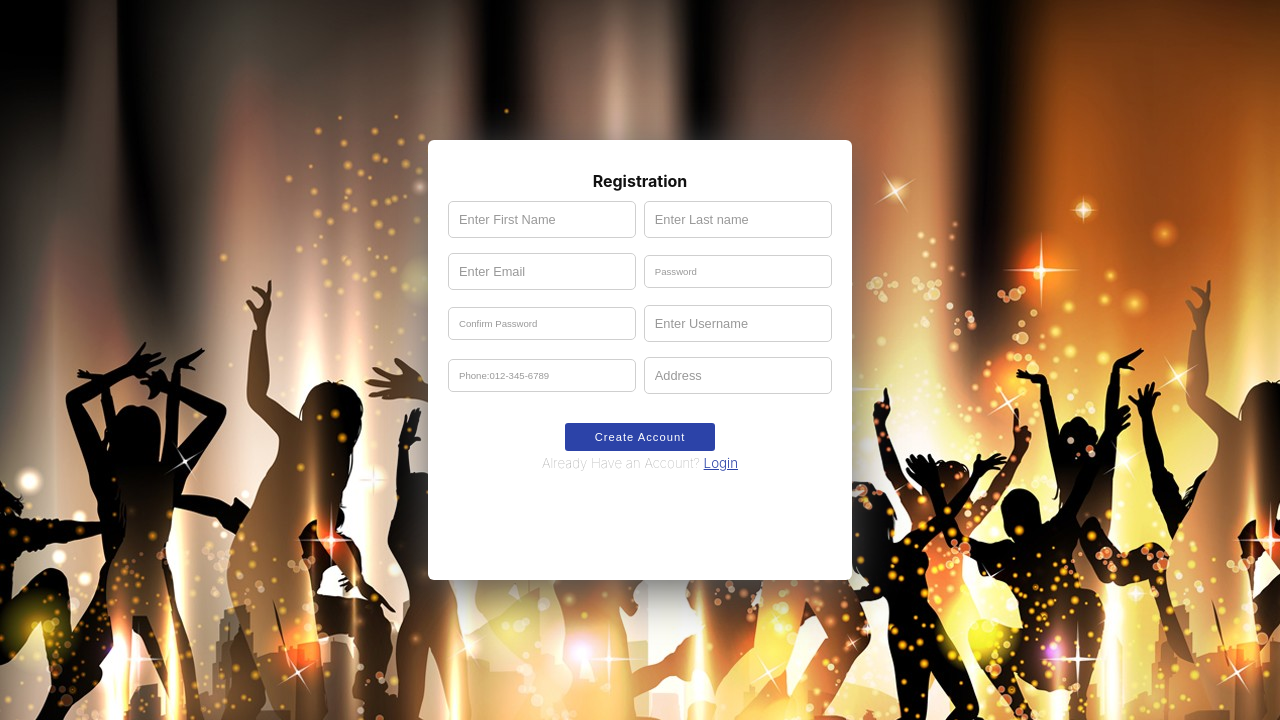
Repository: Fortune-Labs/Event-management-system-CapstoneG3
Page: /register (app in frontend/)
The author's editor kept a copy of each file at every save. The page is drawn from the files as they stood at one save, then again after the next save.
The browser window is 1280 px wide. The pictures show the whole page.
The project was rebuilt for these pictures with package versions that can differ from the ones it lists, and the page was loaded fresh each time. Also part of the build but not shown: frontend/src/components/LoginSignup/errorMessages.js, frontend/src/components/LoginSignup/login.jsx, frontend/src/components/LoginSignup/verificationCode.jsx, frontend/src/components/LoginSignup/passwordReset.jsx, frontend/src/components/Home/home.jsx, frontend/src/components/Events/initial.jsx.

Above is the page before, as saved 2020-09-20 10:15:44.

### frontend/src/App.js
import React from "react";
import "./App.css";
import Register from "./components/LoginSignup/register";
import Login from "./components/LoginSignup/login";
import PasswordReset from "./components/LoginSignup/passwordReset";
import { BrowserRouter, Switch, Route } from "react-router-dom";
import Home from "./components/Home/home";
import Initial from "./components/Events/initial";
// import user from "./components/Dashboard/user";

function App() {
  return (
    <div className="App">
      <BrowserRouter>
        <Switch>
          <Route exact path="/" name="Home" component={Home} />
          <Route exact path="/login" name="Login Page" component={Login} />
          <Route exact path="/passwordReset" component={PasswordReset} />
          <Route
            exact
            path="/register"
            name="Register Page"
            component={Register}
          />
          <Route exact path="/initial" component={Initial} />
        </Switch>
      </BrowserRouter>
    </div>
  );
}
export default App;

### frontend/src/components/LoginSignup/register.jsx
import React, { useRef, Component } from "react";
import { useForm } from "react-hook-form";
import "./style.css";
import ErrorMessage from "./errorMessages";
import { Link, useHistory } from "react-router-dom";

//Regular expression that holds email validation of form example@thismail.com
const emailRegex = RegExp(
  /^[a-zA-Z0-9.!#$%&’*+/=?^_`{|}~-]+@[a-zA-Z0-9-]+(?:\.[a-zA-Z0-9-]+)*$/
);
//Regular expression that holds phone number validation of form (000-000-0000)
const phoneRegex = RegExp(/^\(?([0-9]{3})\)?[-. ]?([0-9]{3})[-. ]?([0-9]{4})$/);

const UseFormFuction = () => {
  const { register, handleSubmit, errors, watch } = useForm();
  const password = useRef({});
  password.current = watch("password", "");
  const history = useHistory();

  const onSubmit = async (formData) => {
    console.log(formData);

    let url = "http://127.0.0.1:8000/api/register/";
    fetch(url, {
      method: "POST",
      headers: {
        "Content-type": "application/json",
      },
      body: JSON.stringify(formData),
    })
      .then((response) => response.json())
      .then((data) => {
        console.log("Registered Sucessfully", data);
        history.push("/initial");
      })
      .catch((error) => {
        console.error("Error:", error);
      });
  };

  return (
    <div className="wrapper">
      <div className="form-wrapper">
        <form onSubmit={handleSubmit(onSubmit)} className="register-form">
          <h1 className="register-header">Registration</h1>
          <div className="firstName">
            <input
              type="text"
              name="firstName"
              ref={register({ required: true, minLength: 3 })}
              placeholder="Enter First Name"
            />
            <ErrorMessage error={errors.firstName} />
          </div>
          <div className="lastName">
            <input
              type="text"
              name="lastName"
              ref={register({ required: true, minLength: 3 })}
              placeholder="Enter Last name"
            />
            <ErrorMessage error={errors.lastName} />
          </div>
          <div className="email">
            <input
              type="text"
              name="email"
              ref={register({
                required: true,
                pattern: {
                  value: emailRegex,
                  message: "invalid email address",
                },
              })}
              placeholder="Enter Email"
            />
            <ErrorMessage error={errors.email} />
          </div>
          <div className="password">
            <input
              type="password"
              name="password"
              placeholder="Password"
              ref={register({ required: true, maxLength: 8 })}
            />
            <ErrorMessage error={errors.password} />
          </div>
          <div className="cpassword">
            <input
              type="password"
              name="cpassword"
              ref={register({
                required: true,
                validate: (value) =>
                  value === password.current || "Passwords do not match.",
              })}
              placeholder="Confirm Password"
            />
            <ErrorMessage error={errors.cpassword} />
          </div>
          <div className="username">
            <input
              type="text"
              name="username"
              ref={register({ required: true, minLength: 3 })}
              placeholder="Enter Username"
            />
            <ErrorMessage error={errors.username} />
          </div>

          <div className="phone">
            <input
              type="tel"
              name="phone"
              placeholder="Phone:012-345-6789"
              ref={register({
                required: true,
                pattern: {
                  value: phoneRegex,
                  message: "invalid phone",
                },
              })}
            />
            <ErrorMessage error={errors.phone} />
          </div>
          <div className="address">
            <input
              type="text"
              name="address"
              ref={register({ required: true, maxLength: 20 })}
              placeholder="Address"
            />
            <ErrorMessage error={errors.address} />
          </div>

          <div className="register action-counter">
            <button type="submit" className="btn1">
              Create Account
            </button>
            <small>
              Already Have an Account? <Link to="Login">Login</Link>
            </small>
          </div>
        </form>
      </div>
    </div>
  );
};
//Components register
class Register extends Component {
  render() {
    return (
      <div>
        <UseFormFuction />
      </div>
    );
  }
}

export default Register;

### frontend/src/components/LoginSignup/style.css
.wrapper {
  height: 100vh;
  width: 100%;
  background-image: url("../Images/login-background.jpg");
  display: flex;
  flex-direction: column;
  justify-content: center;
  align-items: center;
  background-color: #f2f2f2;
  margin: 0;
}

.form-wrapper {
  min-height: 25rem;
  width: 30%;
  display: flex;
  flex-direction: column;
  padding: 20px;
  border-radius: 6px;
  box-shadow: 0px 10px 50px #555;
  background-color: #ffffff;
}

.register-header {
  text-align: center;
  width: 100%;
  color: #111;
  font-size: 16px;
  font-weight: bold;
  font-family: -apple-system, BlinkMacSystemFont, "Segoe UI", Roboto, Oxygen,
    Ubuntu, Cantarell, "Open Sans", "Helvetica Neue", sans-serif;
}

.register-form {
  width: 100%;
  display: flex;
  flex-wrap: wrap;
  align-items: center;
  justify-content: center;
}

label {
  font-size: 16px;
  margin-bottom: 0.09em;
  color: #222;
  font-weight: 12px;
  text-align: left;
}

input[type="text"],
select {
  padding: 10px 10px;
  border-radius: 5px;
  outline: none;
  border: 1px solid #cfcfcf;
  font-size: 0.8em;
}
input[type="password"] {
  padding: 10px 10px;
  border-radius: 5px;
  outline: none;
  border: 1px solid #cfcfcf;
  font-size: 0.6em;
}

input[type="tel"] {
  padding: 10px 10px;
  border-radius: 5px;
  outline: none;
  border: 1px solid #cfcfcf;
  font-size: 0.6em;
}
input::placeholder {
  font-size: 1em;
  font-weight: lighter;
  color: #999;
}

.firstName,
.email,
.cpassword,
.phone {
  margin-right: 1%;
}

.lastName,
.password,
.address,
.username {
  margin-left: 1%;
}

.firstName,
.lastName,
.email,
.password,
.cpassword,
.phone,
.address,
.username {
  display: flex;
  flex-direction: column;
  margin-bottom: 15px;
}

.firstName,
.lastName,
.email,
.password,
.cpassword,
.address,
.phone,
.username {
  width: 49%;
}

.register {
  width: 100%;
  display: flex;
  flex-direction: column;
  align-items: center;
}

.register button {
  background-color: #2c43a8;
  color: #fff;
  border: 2px solid #fff;
  border-radius: 5px;
  width: 40%;
  margin-top: 1em;
  padding: 8px 0px;
  font-size: 0.7em;
  font-weight: lighter;
  letter-spacing: 1px;
  margin-bottom: 0.25em;
  text-align: center;
}

.register button:hover {
  color: #519e8a;
  background-color: #fff;
  border: 2px solid #519e8a;
}

.register small {
  color: #999;
  font-weight: lighter;
}
/* Login style */

.login-wrapper {
  background-image: url("../Images/login-background.jpg");
  height: 100vh;
  width: 100%;
  display: flex;
  flex-direction: column;
  justify-content: center;
  align-items: center;
  background-size: cover;
  background-position: center;
  background-repeat: no-repeat;
  background-color: #f2f2f2;
  margin: 0;
  position: relative;
}

.login-form-wrapper {
  height: 60%;
  width: 50%;
  display: flex;
  position: absolute;
  right: 10%;
  margin-right: -25;
  top: 20%;
  margin-top: -25;
  overflow: hidden;
  flex-direction: column;
  padding: 20px;
  border-radius: 6px;
  box-shadow: 0px 10px 50px #555;
  background-color: #ffffff;
}

.login-header {
  text-align: center;
  width: 100%;
  color: #111;
  font-size: 20px;
  font-weight: bold;
  margin-top: 6%;
  font-family: -apple-system, BlinkMacSystemFont, "Segoe UI", Roboto, Oxygen,
    Ubuntu, Cantarell, "Open Sans", "Helvetica Neue", sans-serif;
}

.login-form-wrapper input {
  padding: 10px 10px;
  border-radius: 5px;
  outline: none;
  border: 1px solid #cfcfcf;
  font-size: 1em;
}

.login-form-wrapper input::placeholder {
  font-size: 1em;
  font-weight: lighter;
  color: #999;
}
.login-form {
  width: 100%;
  display: flex;
  flex-direction: column;
  align-items: center;
  justify-content: center;
}

.email,
.password {
  display: flex;
  flex-direction: column;
  margin-bottom: 15px;
  width: 49%;
  text-align: center;
  justify-content: center;
}

.login-form .password {
  margin-left: 0%;
}

.login {
  display: flex;
  flex-direction: row;
  margin-bottom: 10px;
  width: 49%;
}

.login button {
  background-color: #2c43a8;
  color: #fff;
  border: 2px solid #fff;
  border-radius: 5px;
  padding: 8px 10px;
  text-align: center;
  font-size: 0.8em;
  font-weight: lighter;
  letter-spacing: 1px;
  margin-bottom: 0.25em;
  justify-content: flex-end;
}

.btn {
  display: flex;
  justify-content: flex-end;
  align-items: flex-end;
  right: 0;
  width: 50%;
}
.reset-pwd {
  display: flex;
  width: 50%;
  align-items: flex-start;
}

.login button:hover {
  color: #519e8a;
  background-color: #fff;
  border: 2px solid #519e8a;
}

small {
  color: #999;
  font-weight: lighter;
}

/* general anchor tags */
a:link,
a:visited {
  color: #2c43a8;
  font-weight: 300;
}

a:hover,
a:active {
  color: #519e8a;
}

/* password reset */
.pwd-res-btn {
  display: flex;
  justify-content: flex-end;
  align-items: flex-end;
  right: 0;
  width: 50%;
}
.pwd-res-btn button {
  background-color: #2c43a8;
  color: #fff;
  border: 2px solid #fff;
  border-radius: 5px;
  padding: 8px 10px;
  text-align: center;
  font-size: 0.8em;
  font-weight: lighter;
  letter-spacing: 1px;
  margin-bottom: 0.25em;
  justify-content: flex-end;
}

/* Extra small devices (phones, 600px and down) */
@media only screen and (max-width: 480px) {
  .form-wrapper {
    /* height: 100%; */
    min-height: 15rem;
    width: 80%;
  }

  .login-from-wrapper {
    /* height: 100%; */
    min-height: 10rem;
    width: 80%;
    position: absolute;
  }
  .email,
  .password {
    width: 80%;
  }
}
@media only screen and (max-width: 770px) {
  .form-wrapper {
    height: 100%;
    /* min-height: 15rem; */
    margin-top: 2rem;
    width: 80%;
  }

  .login-form-wrapper {
    /* height: 100%; */
    min-height: 20rem;
    margin-top: 2rem;
    width: 80%;
  }
  .wrapper {
    height: 100%;
    padding: 2rem !important;
  }

  .login-wrapper {
    height: 100%;
    padding: 2rem !important;
  }
}

@media only screen and (max-width: 812px) {
  .form-wrapper {
    height: 100%;
    /* min-height: 15rem; */
    margin-top: 2rem;
    width: 80%;
  }
  .login-wrapper {
    height: 100%;
  }

  .login-form-wrapper {
    /* height: 100%; */
    min-height: 20rem;
    margin-top: 2rem;
    width: 80%;
  }
  .wrapper {
    height: 100%;
    padding: 0 0 5rem;
  }
  .login-wrapper {
    height: 100%;
    padding: 0 0 5rem;
  }
  .login-form-wrapper {
    /* height: 60%; */
    /* width: 50%; */
    /* display: flex; */
    /* overrding position  */
    position: static;
  }
}

### frontend/src/components/Events/style.css
@import url("https://fonts.googleapis.com/css2?family=Roboto+Condensed&display=swap");

.main-container {
  margin: 0;
  padding: 0;
  font-family: "Roboto Condensed", sans-serif;
}

.section {
  width: 100%;
  height: 100vh;
  background: url("../Images/page.jpg");
  background-size: cover;
}

.section .leftBox {
  width: 50%;
  height: 100%;
  float: left;
  padding: 50px;
  box-sizing: border-box;
}

.section .leftBox .content {
  color: #fff;
  background: rgba(0, 0, 0, 0.5);
  padding: 40px;
  transition: 0.5s;
}
.section .leftBox .content:hover {
  background: #e91e63;
}

.section .leftBox .content h1 {
  margin: 0;
  padding: 0;
  font-size: 50px;
  text-transform: uppercase;
}

.section .leftBox .content p {
  margin: 10px 0 0;
  padding: 0;
}

.section .events {
  position: relative;
  width: 50%;
  height: 100%;
  background: rgba(0, 0, 0, 0.5);
  float: right;
  box-sizing: border-box;
}
.section .events ul {
  position: absolute;
  top: 50%;
  transform: translateY(-50%);
  margin: 0;
  padding: 40px;
  box-sizing: border-box;
}
.section .events ul li {
  list-style: none;
  background: #fff;
  box-sizing: border-box;
  height: 200px;
  margin: 15px 0;
}
.section .events ul li .time {
  position: relative;
  padding: 20px;
  background: #262626;
  box-sizing: border-box;
  width: 30%;
  height: 100%;
  float: left;
  text-align: center;
  transition: 0.5s;
}
.section .events ul li:hover .time {
  background: #e91e63;
}
.section .events ul li .time h2 {
  position: absolute;
  margin: 0;
  padding: 0;
  top: 50%;
  left: 50%;
  transform: translate(-50%, -50%);
  color: #fff;
  font-size: 60px;
  line-height: 30px;
}
.section .events ul li .time h2 span {
  font-size: 30px;
}

.section .events ul li .details {
  padding: 20px;
  background: #fff;
  box-sizing: border-box;
  width: 70%;
  height: 100%;
  float: left;
}

.section .events ul li .details h3 {
  position: relative;
  margin: 0;
  padding: 0;
  font-size: 22px;
}

.section .events ul li .details p {
  position: relative;
  margin: 10px 0 0;
  padding: 0;
  font-size: 16px;
}

.section .events ul li .details a {
  display: inline-block;
  text-decoration: none;
  padding: 10px 15px;
  border: 2px solid #262626;
  margin-top: 15px;
  font-size: 18px;
  transition: 0.5s;
}
.section .events ul li .details a:hover {
  background: #e91e63;
  color: #fff;
  border-color: #e91e63;
}
@media (max-width: 991px) {
  .section {
    height: 100%;
    background-position: center;
  }
}

### frontend/src/components/Home/style.css
.main-wrapper {
  /* height: 100%; */
  /* width: 100%; */
  display: flex;
  flex-direction: column;
  position: absolute;
  top: 0;
  right: 0;
  left: 0;
  bottom: 0;
  width: 100%;
  height: 100vh;
}

.header-bar {
  width: 100%;
  height: 13%;
  /* border-bottom: 5px solid red; */
  background-color: rgba(32, 25, 25, 0.7);
  color: #fff;
  z-index: 90;
  right: 10em;
  margin-right: 10rem;
  display: -webkit-box;
  display: -moz-box;
  display: -ms-flexbox;
  display: -webkit-flex;
  flex-grow: 0;
  align-items: center;
  justify-content: flex-end;
}

.header-bar a {
  color: #fff;
  font-size: 5px;
  font-weight: lighter;
  letter-spacing: 5px;
  margin: 0.6em;
  text-align: center;
  font-size: 12px;
  text-transform: uppercase;
  font-weight: bold;
  border: 1px solid #fff;
  border-radius: 5px;
  text-decoration: none;
  padding: 8px;
  transition: all ease 0.7s;
}

.header-bar a:hover {
  background-color: rgb(53, 53, 48);
}

.main {
  height: 100vh;
  position: relative;
  display: flex;
  flex-direction: row;
  flex-grow: 1;
  overflow: auto;
}

.home-login {
  background-image: url("../Images/business-woman-2071342_1920.jpg");
  height: 100%;
  width: 100%;
  display: flex;
  flex-direction: column;
  background-size: cover;
  background-position: center;
  background-repeat: no-repeat;
  margin: 0;
  align-items: flex-start;
  color: #fff;

  padding-left: 20px;
}

.tagline {
  display: flex;
  flex-direction: column;
  align-items: flex-start;
  font-size: 62px;
  font-weight: bold;
  animation: 2s slide-right;
  animation-delay: 2s;
}

@keyframes slide-right {
  from {
    margin-left: -500px;
  }

  to {
    margin-left: 0%;
  }
}
.home-login h1 {
  font-size: 40px;
}

.get-started-btn {
  text-align: center;
  justify-content: flex-start;
}

.get-started-btn a {
  background-color: #44444e;
  border: 2px;
  padding: 8px 10px;
  border-radius: 5px;
  font-size: 1.2em;
  font-weight: bold;
  letter-spacing: 1px;
  text-decoration: none;
  color: #fff;
  transition: 0.5s;
}

.get-started-btn a:hover {
  background-color: rgb(92, 81, 81);
}

/* resposive */
/*  */
/* @media (max-width: 600px) { */
/* .wrapper { */
/* width: 100%; */
/* } */
/* .logo { */
/* float: none; */
/* width: 50%; */
/* text-align: center; */
/* margin: auto; */
/* } */
/*  */
/* .nav-area { */
/* float: none; */
/* margin-top: 0; */
/* } */
/* .nav-area li a { */
/* padding: 5px; */
/* font-size: 11px; */
/* } */
/* .nav-area { */
/* text-align: center; */
/* } */
/* .welcome-text { */
/* width: 100%; */
/* height: auto; */
/* margin: 30% 0; */
/* } */
/* .welcome-text h1 { */
/* font-size: 30px; */
/* } */
/* } */

Loaded but not shown: frontend/public/index.html (common file); frontend/src/index.js (common file); frontend/src/index.css (common file); frontend/src/serviceWorker.js (common file); frontend/src/App.css (common file)

After the next save:
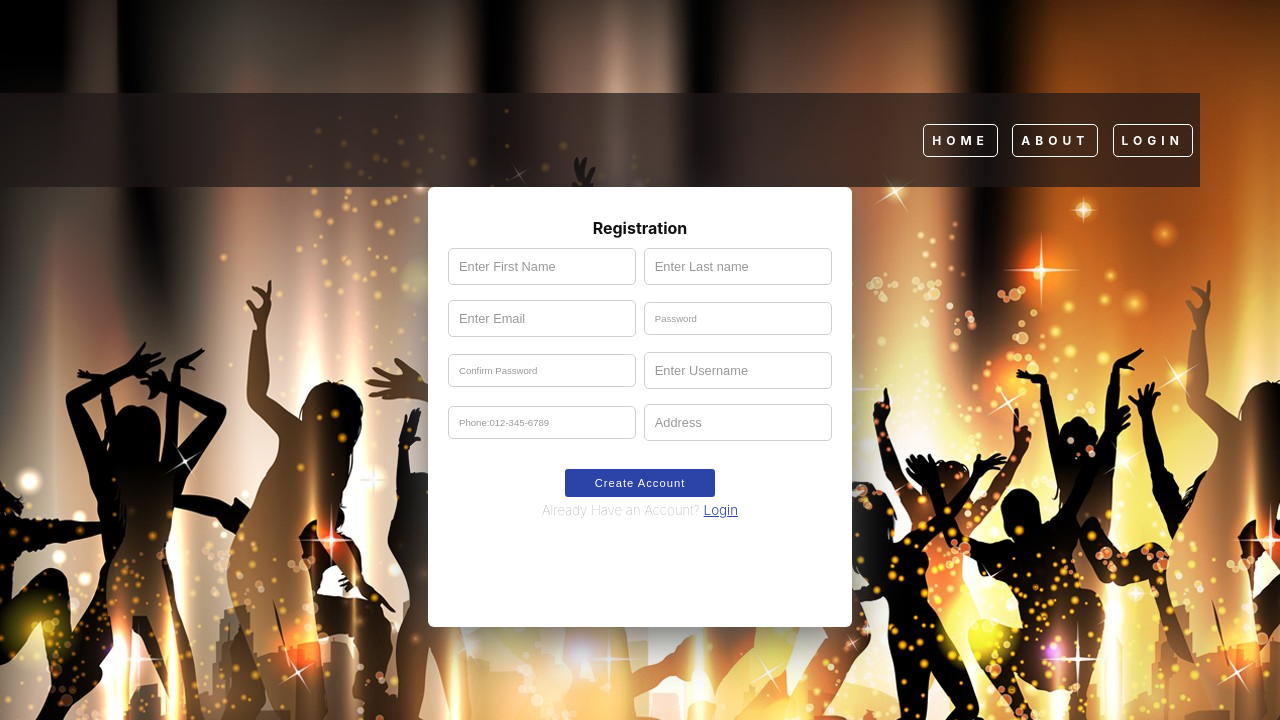
Saved 7 h 19 min later.
--- a/frontend/src/components/LoginSignup/register.jsx
+++ b/frontend/src/components/LoginSignup/register.jsx
@@ -17,7 +17,7 @@ const UseFormFuction = () => {
   password.current = watch("password", "");
   const history = useHistory();
 
-  const onSubmit = async (formData) => {
+  const onSubmit = (formData) => {
     console.log(formData);
 
     let url = "http://127.0.0.1:8000/api/register/";
@@ -40,13 +40,24 @@ const UseFormFuction = () => {
 
   return (
     <div className="wrapper">
+      <div className="header-bar">
+        {/*   <div className="logo">
+            <a>
+              <img src="../Images/eventlogo.jpg" alt="#" />
+              CapstoneG3
+            </a>
+          </div> */}
+        <Link to="home">Home</Link>
+        <Link to="about">About</Link>
+        <Link to="Login">Login</Link>
+      </div>
       <div className="form-wrapper">
         <form onSubmit={handleSubmit(onSubmit)} className="register-form">
           <h1 className="register-header">Registration</h1>
           <div className="firstName">
             <input
               type="text"
-              name="firstName"
+              name="first_name"
               ref={register({ required: true, minLength: 3 })}
               placeholder="Enter First Name"
             />
@@ -55,7 +66,7 @@ const UseFormFuction = () => {
           <div className="lastName">
             <input
               type="text"
-              name="lastName"
+              name="last_name"
               ref={register({ required: true, minLength: 3 })}
               placeholder="Enter Last name"
             />
@@ -88,7 +99,7 @@ const UseFormFuction = () => {
           <div className="cpassword">
             <input
               type="password"
-              name="cpassword"
+              name="confirm_password"
               ref={register({
                 required: true,
                 validate: (value) =>
@@ -96,7 +107,7 @@ const UseFormFuction = () => {
               })}
               placeholder="Confirm Password"
             />
-            <ErrorMessage error={errors.cpassword} />
+            <ErrorMessage error={errors.confirm_password} />
           </div>
           <div className="username">
             <input
